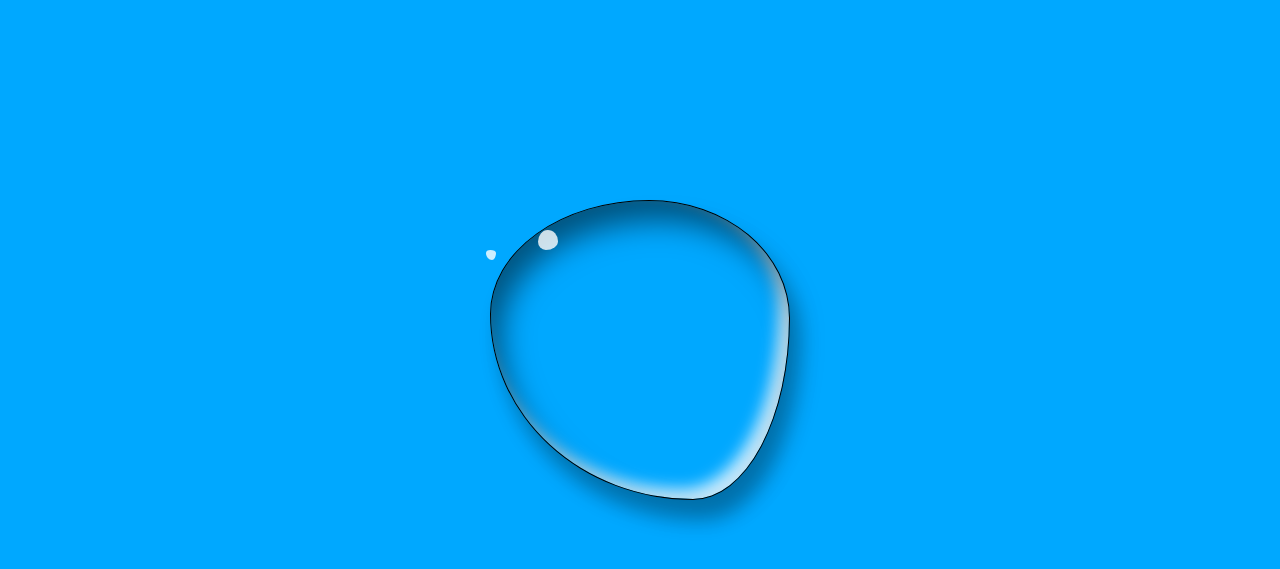
Repository: BlackCat328/CSS_Animation
Page: 52.水滴特效/demo.html
The author's editor kept a copy of each file at every save. The page is drawn from the files as they stood at one save, then again after the next save.
The browser window is 1280 px wide. The pictures show the whole page.

Above is the page before, as saved 2022-11-01 00:04:04.

### 52.水滴特效/demo.html
<!DOCTYPE html>
<html lang="en">

<head>
    <meta charset="UTF-8">
    <meta http-equiv="X-UA-Compatible" content="IE=edge">
    <meta name="viewport" content="width=device-width, initial-scale=1.0">
    <title>Document</title>
    <link rel="stylesheet" href="./demo.css">
</head>

<body>
    <div id="water"></div>
</body>

</html>

### 52.水滴特效/demo.css
* {
    margin: 0;
    padding: 0;
    box-sizing: border-box;
}

body {
    width: 100vw;
    height: 100vh;
    display: flex;
    justify-content: center;
    background-color: #00a8ff;
}

#water {
    margin-top: 200px;
    width: 300px;
    height: 300px;
    border: 1px solid;
    border-radius: 32% 68% 65% 35% / 35% 36% 64% 65%;
    box-shadow: inset 10px 20px 30px rgba(0, 0, 0, 0.5),
        10px 20px 20px rgba(0, 0, 0, 0.3),
        15px 15px 30px rgba(0, 0, 0, 0.05),
        inset -10px -10px 15px rgba(255, 255, 255, 0.8);
    animation: action 3s linear infinite alternate;
}

#water::after {
    content: '';
    width: 20px;
    height: 20px;
    position: absolute;
    top: 230px;
    left: 42%;
    background-color: rgba(255, 255, 255, 0.8);
    border-radius: 49% 51% 61% 39% / 59% 56% 44% 41%;
}

#water::before {
    content: '';
    width: 10px;
    height: 10px;
    position: absolute;
    top: 250px;
    left: 38%;
    background-color: rgba(255, 255, 255, 0.8);
    border-radius: 45% 55% 40% 60% / 30% 28% 72% 70%;
}

@keyframes action {
    25% {
        border-radius: 49% 51% 39% 61% / 29% 24% 76% 71%;
    }

    50% {
        border-radius: 61% 39% 19% 81% / 56% 70% 30% 44%;
    }

    100% {
        border-radius: 37% 63% 63% 37% / 39% 46% 54% 61%;
    }
}

After the next save:
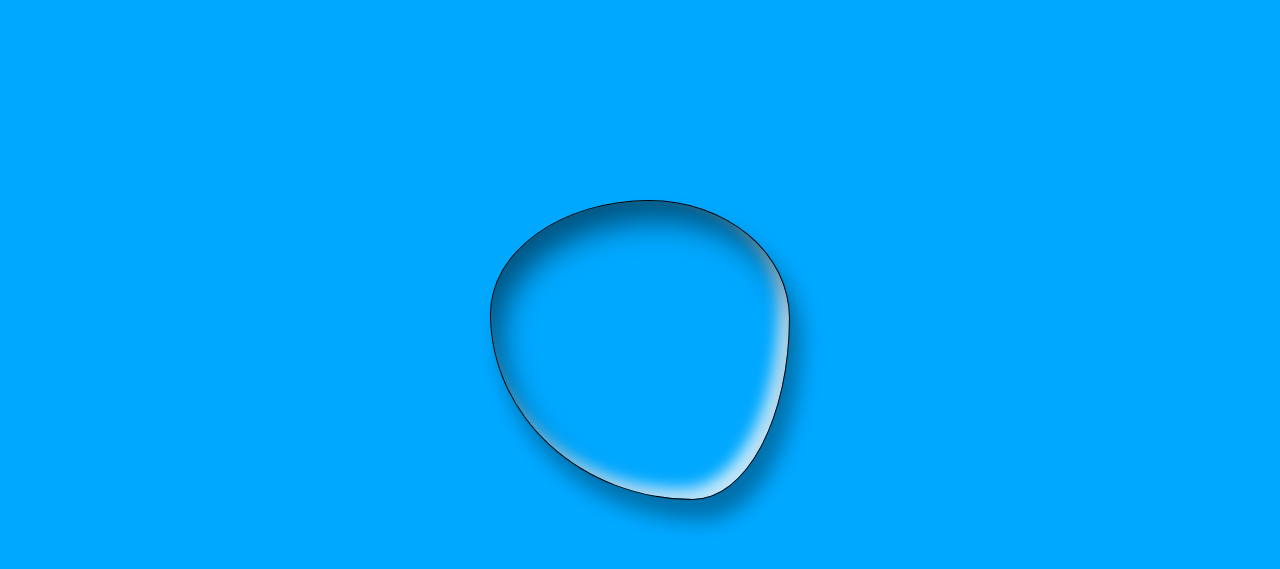
Saved 61 s later.
--- a/52.水滴特效/demo.css
+++ b/52.水滴特效/demo.css
@@ -25,7 +25,7 @@ body {
     animation: action 3s linear infinite alternate;
 }
 
-#water::after {
+/* #water::after {
     content: '';
     width: 20px;
     height: 20px;
@@ -45,7 +45,7 @@ body {
     left: 38%;
     background-color: rgba(255, 255, 255, 0.8);
     border-radius: 45% 55% 40% 60% / 30% 28% 72% 70%;
-}
+} */
 
 @keyframes action {
     25% {
